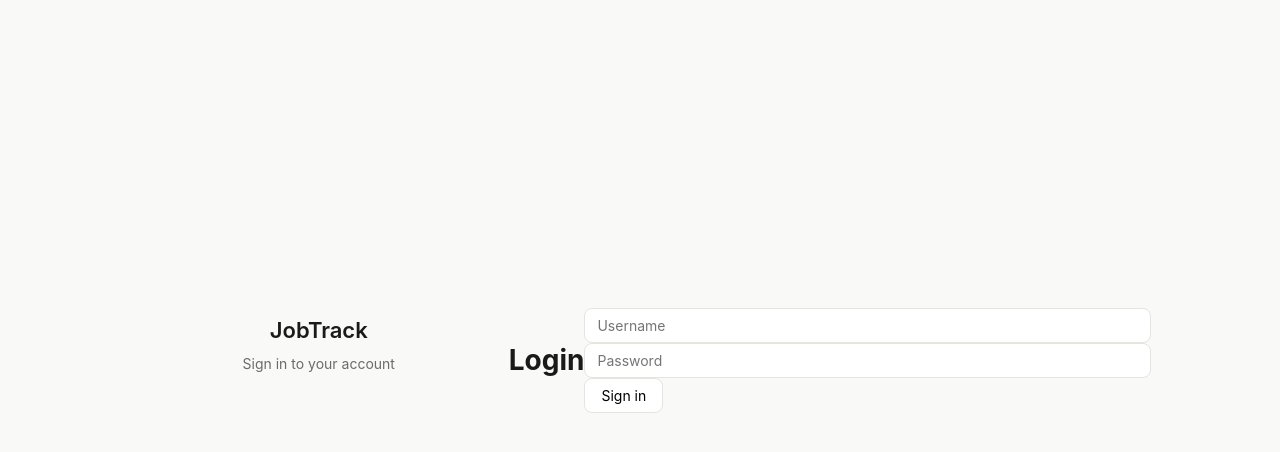
Repository: adtm0/jobtracker
Page: /login (app in frontend/)
An editor plug-in stored every save of this project. The page is shown before and after the next save, followed by the edit.
The browser window is 1280 px wide. The pictures show the whole page.
The project was rebuilt for these pictures with package versions that can differ from the ones it lists, and the page was loaded fresh each time. Also part of the build but not shown: frontend/vite.config.js, frontend/src/pages/Register.jsx, frontend/src/pages/Dashboard.jsx, frontend/src/pages/Jobs.jsx, frontend/src/pages/JobForm.jsx, frontend/src/components/Navbar.jsx.

Above is the page before, as saved 2026-04-19 18:18:21.

### frontend/src/main.jsx
import { StrictMode } from "react";
import React from "react";
import ReactDOM from 'react-dom/client'
import { BrowserRouter } from 'react-router-dom'
import { createRoot } from "react-dom/client";
import "./index.css";
import App from "./App.jsx";

createRoot(document.getElementById("root")).render(
  <StrictMode>
    <BrowserRouter>
      <App />
    </BrowserRouter>
  </StrictMode>,
);

### frontend/src/index.css
*, *::before, *::after {
  box-sizing: border-box;
  margin: 0;
  padding: 0;
}

body {
  font-family: -apple-system, BlinkMacSystemFont, 'Segoe UI', sans-serif;
  background: #f9f9f8;
  color: #1a1a18;
  font-size: 14px;
  line-height: 1.5;
}

main {
  max-width: 1100px;
  margin: 0 auto;
  padding: 28px 20px;
}

input, select, textarea {
  width: 100%;
  padding: 8px 12px;
  border: 1px solid #e5e4df;
  border-radius: 8px;
  font-size: 14px;
  font-family: inherit;
  outline: none;
}

input:focus, select:focus, textarea:focus {
  border-color: #185FA5;
}

button {
  cursor: pointer;
  font-family: inherit;
  font-size: 14px;
  border-radius: 8px;
  border: 1px solid #e5e4df;
  background: #fff;
  padding: 8px 16px;
}

button:hover {
  background: #f9f9f8;
}

.btn-primary {
  background: #1a1a18;
  color: #fff;
  border-color: #1a1a18;
}

.btn-primary:hover {
  background: #333;
}

label {
  display: block;
  font-size: 12px;
  font-weight: 500;
  color: #6b6b67;
  margin-bottom: 5px;
}

### frontend/src/App.jsx
import {Routes, Route} from 'react-router-dom'
import Login from './pages/Login'
import Register from './pages/Register'
import Dashboard from './pages/Dashboard'
import Jobs from './pages/Jobs'
import JobForm from './pages/JobForm'
import Navbar from './components/Navbar'

function Layout({ children }) {
  return (
    <>
      <Navbar />
      <main>
        {children}
      </main>
    </>
  );
}

function App() {

  return (
    <Routes>
      <Route path='/login' element={<Login />} />
      <Route path='/register' element={<Register />} />
      <Route path='/dashboard' element={<Layout><Dashboard /></Layout>} />
      <Route path='/jobs' element={<Layout><Jobs /></Layout>} />
      <Route path='/jobs/new' element={<Layout><JobForm /></Layout>} />
    </Routes>
  )
}

export default App

### frontend/src/pages/Login.jsx
import { useState } from "react";
import { Link } from "react-router-dom"

export default function Login() {
  const [form, setForm] = useState({username: '', password: ''})
  const [error, setError] = useState('')
  const [loading, setLoading] = useState(false)

  const handleSubmit = (event) => {
    event.preventDefault()
    setError('')
    setLoading(true)

    try {
      console.log('logging in with', form)
    } catch {
      setError('Invalid username or password.')
    } finally {
      setLoading(false)
    }
  }

  return (
    <div style={{
      minHeight: '100vh',
      display: 'flex',
      alignItems: 'center',
      justifyContent: 'center',
      background: '#f9f9f8'
    }}>
      <div style={{width: '100%', maxWidth: 380}}>
        <div style={{textAlign: 'center', marginBottom: 32}}>
          <h1 style={{fontSize: 22, fontWeight: 600}}>JobTrack</h1>
          <p style={{color: '#6b6b67', marginTop: 6}}>Sign in to your account</p>
        </div>

        <div style={{
          background: '#fff',
          border: '1px solid #e'
        }}></div>
      </div>
      <h1>Login</h1>
      <form>
        <input type="text" placeholder="Username" />
        <input type="password" placeholder="Password" />
        <button type="submit">Sign in</button>
      </form>
    </div>
  );
}

After the next save:
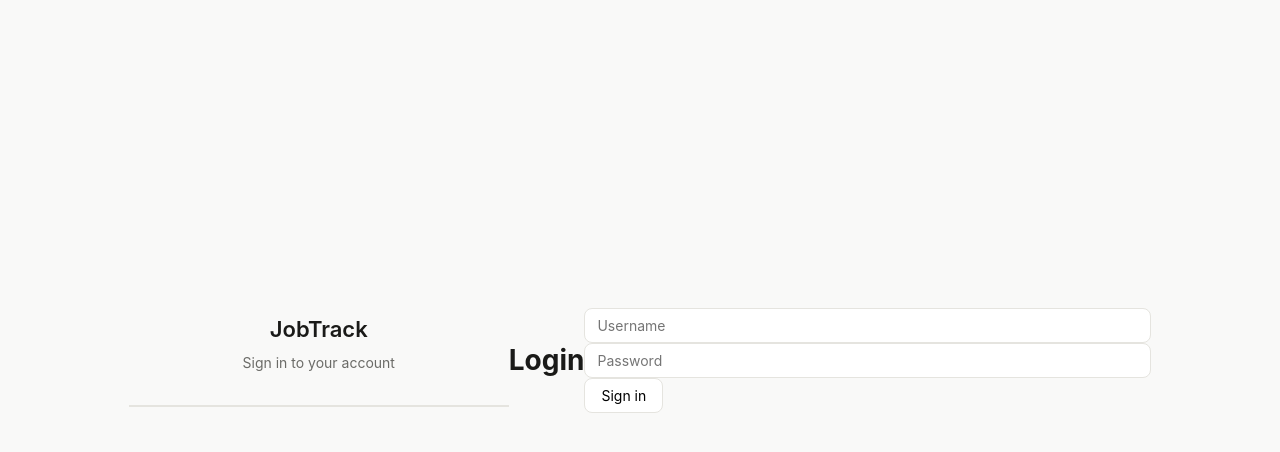
Saved 4 s later.
--- a/frontend/src/pages/Login.jsx
+++ b/frontend/src/pages/Login.jsx
@@ -36,7 +36,7 @@ export default function Login() {
 
         <div style={{
           background: '#fff',
-          border: '1px solid #e'
+          border: '1px solid #e5e4df'
         }}></div>
       </div>
       <h1>Login</h1>
